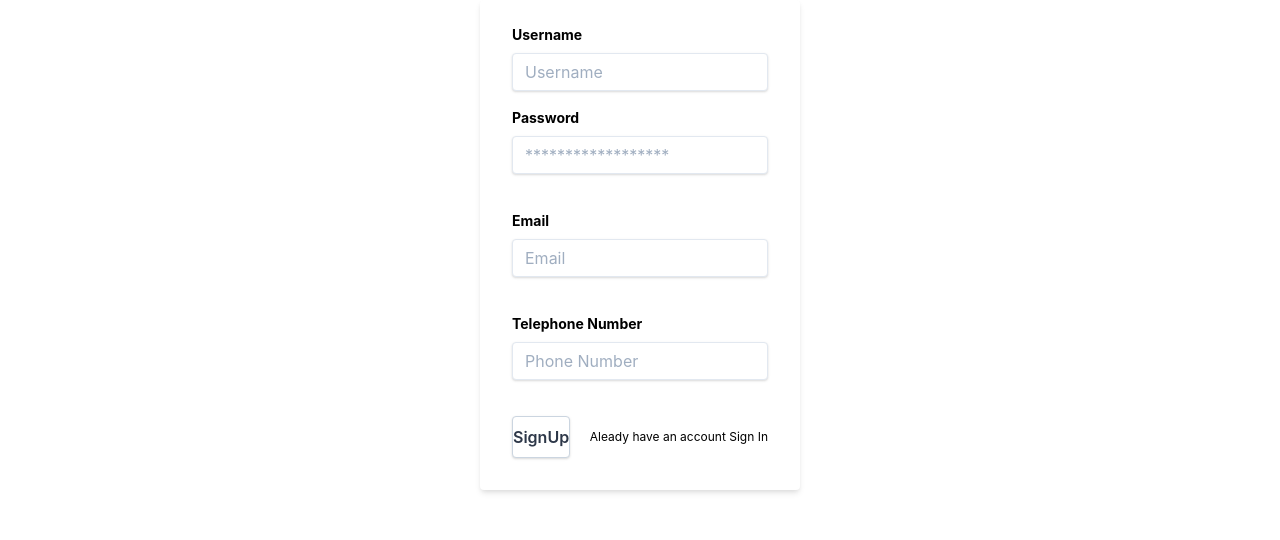
Repository: tzs34/amplifyLogin
Page: /signup
The author's editor kept a copy of each file at every save. The page is drawn from the files as they stood at one save, then again after the next save.
The browser window is 1280 px wide. The pictures show the whole page.
The project was rebuilt for these pictures with package versions that can differ from the ones it lists, and the page was loaded fresh each time. Also part of the build but not shown: src/components/Views/HomePage.js, src/services/AWSService.js, src/components/Form/form-utils.js, src/components/Alerts/Error.js, src/components/Auth/LoginForm.js, src/components/Routes/PrivateRoute.js, src/App.css.

Above is the page before, as saved 2019-12-09 15:59:37.

### src/components/App.js
import React from 'react'
import HomePage from './Views/HomePage'
import { LoginForm, SignUpForm } from './Auth'
import PrivateRoute from './Routes/PrivateRoute'
import { Route, Switch } from 'react-router-dom'
import Amplify from 'aws-amplify'
import aws_exports from '../aws-exports'

import '../App.css'
Amplify.configure(aws_exports)

const AppWithAuth = props => (
  <div>
    <Switch>
      <Route path="/login" component={LoginForm} />
      <Route path="/signup" component={SignUpForm} />
      <PrivateRoute path="/" component={HomePage} />
    </Switch>
  </div>
)

export default AppWithAuth

### src/components/Auth/index.js
export { default as LoginForm } from './LoginForm'
export { default as SignUpForm } from './SignUpForm'

### src/aws-exports.js
// WARNING: DO NOT EDIT. This file is automatically generated by AWS Amplify. It will be overwritten.

const awsmobile = {
    "aws_project_region": "eu-west-1",
    "aws_cognito_identity_pool_id": "eu-west-1:78658c00-a3a9-4335-b9a2-012e558d95ad",
    "aws_cognito_region": "eu-west-1",
    "aws_user_pools_id": "eu-west-1_9evoBmRa5",
    "aws_user_pools_web_client_id": "1naprqnmpul6lh7797tmaub4oh"
};


export default awsmobile;

### src/components/Auth/SignUpForm.js
import React, { useState } from 'react'
import FormButton from '../Form/FormButton'

const SignUpForm = ({ history }) => {
  const [signUp, setSignUp] = useState({})

  function handleInputChange({ target: { id, value } }) {
    setSignUp({ ...signUp, ...{ [id]: value } })
  }

  function onSignIn() {
    history.push('/login')
  }
  return (
    <div className="mx-auto w-full max-w-xs">
      <form className="bg-white shadow-md rounded px-8 pt-6 pb-8 mb-4">
        <div className="mb-4">
          <label
            className="block text-grey-darker text-sm font-bold mb-2"
            htmlFor="username"
          >
            Username
          </label>
          <input
            className="shadow appearance-none border rounded w-full py-2 px-3 text-grey-darker leading-tight focus:outline-none focus:shadow-outline"
            id="username"
            key="username"
            name="username"
            onChange={handleInputChange}
            type="text"
            placeholder="Username"
          />
        </div>
        <div className="mb-6">
          <label
            className="block text-grey-darker text-sm font-bold mb-2"
            htmlFor="password"
          >
            Password
          </label>
          <input
            className="shadow appearance-none border rounded w-full py-2 px-3 text-grey-darker mb-3 leading-tight focus:outline-none focus:shadow-outline"
            id="password"
            key="password"
            name="password"
            onChange={handleInputChange}
            type="password"
            placeholder="******************"
          />
        </div>
        <div className="mb-6">
          <label
            className="block text-grey-darker text-sm font-bold mb-2"
            htmlFor="email"
          >
            Email
          </label>
          <input
            className="shadow appearance-none border rounded w-full py-2 px-3 text-grey-darker mb-3 leading-tight focus:outline-none focus:shadow-outline"
            id="email"
            key="email"
            name="email"
            onChange={handleInputChange}
            type="email"
            placeholder="Email"
          />
        </div>
        <div className="mb-6">
          <label
            className="block text-grey-darker text-sm font-bold mb-2"
            htmlFor="phone_number"
          >
            Telephone Number
          </label>
          <input
            className="shadow appearance-none border rounded w-full py-2 px-3 text-grey-darker mb-3 leading-tight focus:outline-none focus:shadow-outline"
            id="phone_number"
            key="phone_number"
            name="phone_number"
            onChange={handleInputChange}
            type="tel"
            placeholder="Phone Number"
          />
        </div>
        <div className="flex items-center justify-between">
          <div>
            <FormButton type="button" label="SignUp" />
          </div>
          <div>
            <p className="text-grey-dark text-xs">
              Aleady have an account{' '}
              <a
                className="text-indigo cursor-pointer hover:text-indigo-darker"
                onClick={onSignIn}
              >
                Sign In
              </a>
            </p>
          </div>
        </div>
      </form>
    </div>
  )
}

export default SignUpForm

### src/components/Form/FormButton.js
import React from 'react'

const noop = () => {}
const FormButton = ({ label, type, onClick = noop }) => (
  <button
    className="bg-white hover:bg-gray-100 text-gray-800 font-semibold py-2  border border-gray-400 rounded shadow"
    type={type}
    onClick={onClick}
  >
    {label}
  </button>
)

export default FormButton

Loaded but not shown: public/index.html (common file); src/index.js (common file); src/index.css (library)

After the next save:
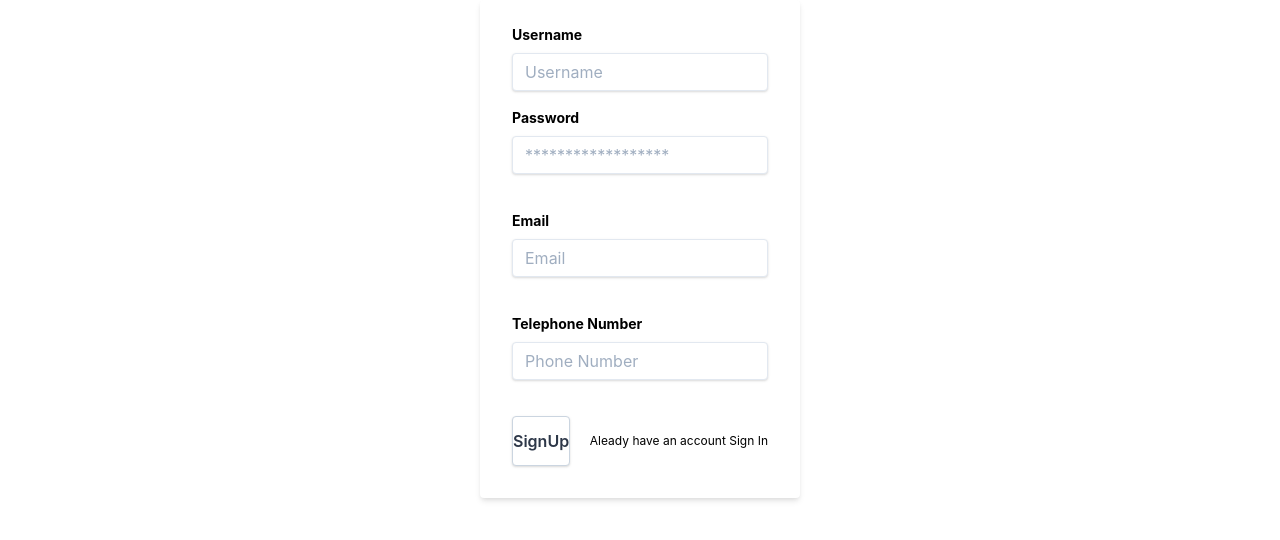
Saved 11 s later.
--- a/src/components/Form/FormButton.js
+++ b/src/components/Form/FormButton.js
@@ -3,7 +3,7 @@ import React from 'react'
 const noop = () => {}
 const FormButton = ({ label, type, onClick = noop }) => (
   <button
-    className="bg-white hover:bg-gray-100 text-gray-800 font-semibold py-2  border border-gray-400 rounded shadow"
+    className="bg-white hover:bg-gray-100 text-gray-800 font-semibold py-3  border border-gray-400 rounded shadow"
     type={type}
     onClick={onClick}
   >
